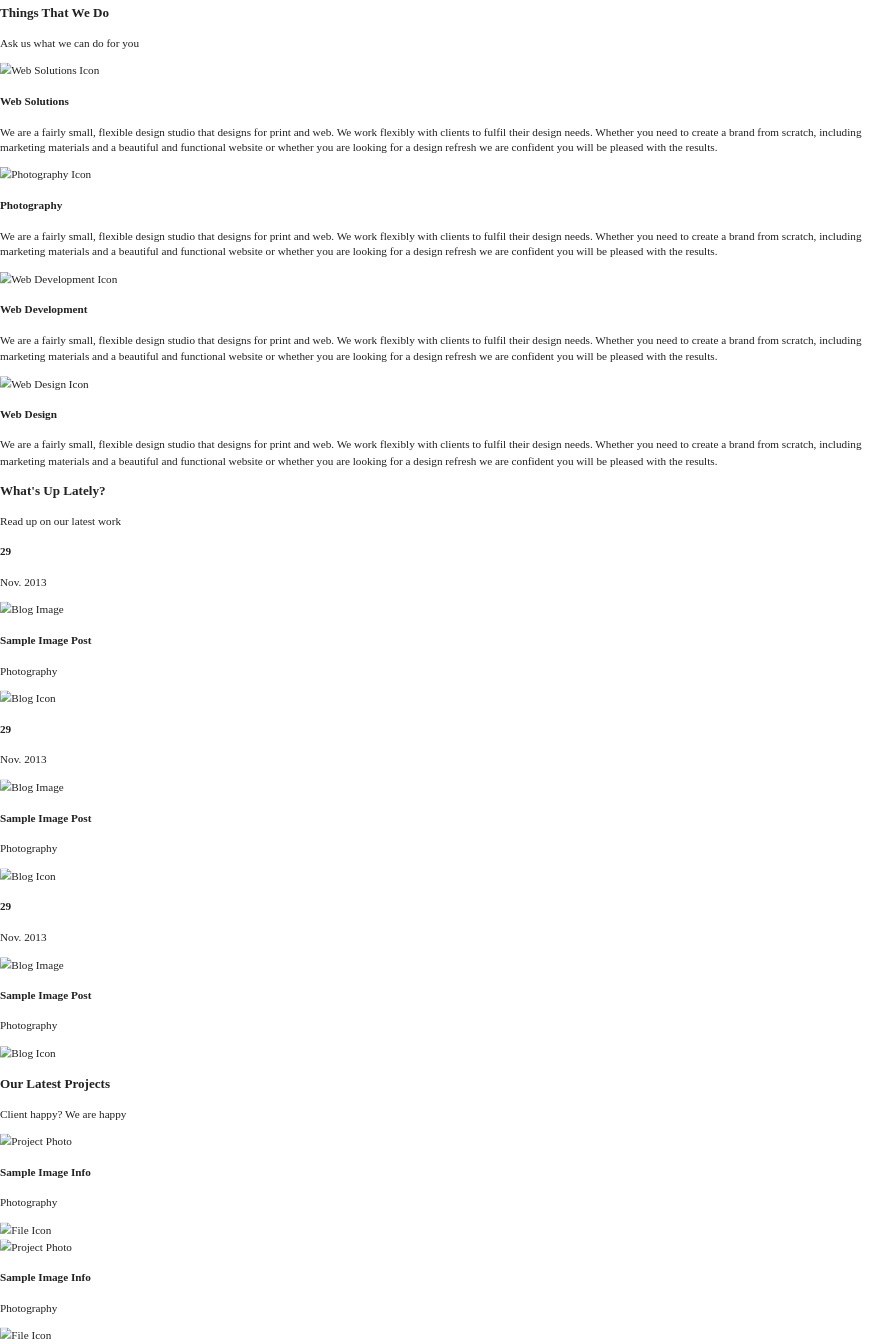
Repository: wilyyy/metrolics
Page: index.html
The author's editor kept a copy of each file at every save. The page is drawn from the files as they stood at one save, then again after the next save.
The browser window is 1280 px wide. The pictures show the part of the page from y = 891 to 2811 px (the page is 2811 px tall before and 2684 px after), at 70% of full size.

Above is the page before, as saved 2021-01-27 00:24:14.

### index.html
<!doctype html>
<html class="no-js" lang="">

<head>
  <meta charset="utf-8">
  <title>Home - Metrolics</title>
  <meta name="description" content="">
  <meta name="viewport" content="width=device-width, initial-scale=1">

  <meta property="og:title" content="">
  <meta property="og:type" content="">
  <meta property="og:url" content="">
  <meta property="og:image" content="">

  <link rel="manifest" href="site.webmanifest">
  <link rel="apple-touch-icon" href="icon.png">
  <!-- Place favicon.ico in the root directory -->

  <link rel="stylesheet" href="css/normalize.css">
  <link rel="stylesheet" href="css/main.css">

  <meta name="theme-color" content="#fafafa">
</head>

<body>

  <nav>
    <div class="logo">
      <h1 class="logo">Metrolics</h1>
      <img src="" alt="Metrolics Logo">
    </div>

    <div class="pages-container">
      <div class="page-button home">
        <img src="" alt="Page Icon" class="page-button-icon">
        <div>
          <p>Home</p>
        </div>
      </div>
      <div class="page-button pages">
        <img src="" alt="Page Icon" class="page-button-icon">
        <div>
          <p>Pages</p>
          <p>></p>
        </div>
      </div>
      <div class="page-button blog">
        <img src="" alt="Page Icon" class="page-button-icon">
        <div>
          <p>Blog</p>
          <p>></p>
        </div>
      </div>
      <div class="page-button portfolio">
        <img src="" alt="Page Icon" class="page-button-icon">
        <div>
          <p>Portfolio</p>
          <p>></p>
        </div>
      </div>
      <div class="page-button home-darkblue">
        <img src="" alt="Page Icon" class="page-button-icon">
        <div>
          <p>Home</p>
        </div>
      </div>
    </div>
  </nav>


  <header>
    <div class="column"></div>

    <div class="hero-image">
      <div class="arrow-containers">
        <div class="arrows">
          <img src="" alt="Left Arrow">
        </div>
        <div class="arrows">
          <img src="" alt="Right Arrow">
        </div>
      </div>
      <div class="header-info">
        <div class="header-info-container">
          <div class="header-info-indicator indicator-blue"></div>
          <h2>Metro Style</h2>
        </div>
        <div class="header-info-container">
          <div class="header-info-indicator indicator-salmon"></div>
          <h2>Retina Ready</h2>
        </div>
        <div class="header-info-container">
          <div class="header-info-indicator indicator-yellow"></div>
          <h2>Responsive Design</h2>
        </div>
      </div>
    </div>

    <div class="column"></div>
  </header>


  <main>
    <div>
      <h2>Hey guys! This is the Metrolics theme.
        It sports a responsive layout with a mobile layout.
      </h2>
    </div>

    <section>
      <div>
        <h3>Things That We Do</h3>
        <p>Ask us what we can do for you</p>
      </div>

      <div class="services-container">
        <div class="service">
          <img src="" alt="Web Solutions Icon">
          <h4>Web Solutions</h4>
          <p>We are a fairly small, flexible design studio that designs for print and web. We work flexibly
            with clients to fulfil their design needs. Whether you need to create a brand from scratch, including marketing materials and a beautiful and
            functional website or whether you are looking for a design refresh we are confident you will be pleased with the results.
          </p>
        </div>
      </div>

      <div class="services-container">
        <div class="service">
          <img src="" alt="Photography Icon">
          <h4>Photography</h4>
          <p>We are a fairly small, flexible design studio that designs for print and web. We work flexibly
            with clients to fulfil their design needs. Whether you need to create a brand from scratch, including marketing materials and a beautiful and
            functional website or whether you are looking for a design refresh we are confident you will be pleased with the results.
          </p>
        </div>
      </div>

      <div class="services-container">
        <div class="service">
          <img src="" alt="Web Development Icon">
          <h4>Web Development</h4>
          <p>We are a fairly small, flexible design studio that designs for print and web. We work flexibly
            with clients to fulfil their design needs. Whether you need to create a brand from scratch, including marketing materials and a beautiful and
            functional website or whether you are looking for a design refresh we are confident you will be pleased with the results.
          </p>
        </div>
      </div>

      <div class="services-container">
        <div class="service">
          <img src="" alt="Web Design Icon">
          <h4>Web Design</h4>
          <p>We are a fairly small, flexible design studio that designs for print and web. We work flexibly
            with clients to fulfil their design needs. Whether you need to create a brand from scratch, including marketing materials and a beautiful and
            functional website or whether you are looking for a design refresh we are confident you will be pleased with the results.
          </p>
        </div>
      </div>
    </section>

    <section>
      <div>
        <h3>What's Up Lately?</h3>
        <p>Read up on our latest work</p>
      </div>

      <div class="blog-container">
        <div class="blog">
          <div class="blog-image">
            <div class="blog-image-date">
              <h4>29</h4>
              <p>Nov. 2013</p>
            </div>
            <img src="" alt="Blog Image">
          </div>
          <div class="blog-image-info">
            <div>
              <h4>Sample Image Post</h4>
              <p>Photography</p>
            </div>
            <div class="blog-icon">
              <img src="" alt="Blog Icon">
            </div>
          </div>
        </div>
        <div class="blog">
          <div class="blog-image">
            <div class="blog-image-date">
              <h4>29</h4>
              <p>Nov. 2013</p>
            </div>
            <img src="" alt="Blog Image">
          </div>
          <div class="blog-image-info">
            <div>
              <h4>Sample Image Post</h4>
              <p>Photography</p>
            </div>
            <div class="blog-icon">
              <img src="" alt="Blog Icon">
            </div>
          </div>
        </div>
        <div class="blog">
          <div class="blog-image">
            <div class="blog-image-date">
              <h4>29</h4>
              <p>Nov. 2013</p>
            </div>
            <img src="" alt="Blog Image">
          </div>
          <div class="blog-image-info">
            <div>
              <h4>Sample Image Post</h4>
              <p>Photography</p>
            </div>
            <div class="blog-icon">
              <img src="" alt="Blog Icon">
            </div>
          </div>
        </div>
      </div>
    </section>

    <section>
      <div>
        <h3>Our Latest Projects</h3>
        <p>Client happy? We are happy</p>
      </div>

      <div class="project-photo">
        <img src="" alt="Project Photo">
        <div class="project-photo-hover">
          <div class="hover-info">
            <div>
              <h4>Sample Image Info</h4>
              <p>Photography</p>
            </div>
            <div class="info-icon">
              <img src="" alt="File Icon">
            </div>
          </div>
        </div>
      </div>

      <div class="project-photo">
        <img src="" alt="Project Photo">
        <div class="project-photo-hover">
          <div class="hover-info">
            <div>
              <h4>Sample Image Info</h4>
              <p>Photography</p>
            </div>
            <div class="info-icon">
              <img src="" alt="File Icon">
            </div>
          </div>
        </div>
      </div>

    </section>
  </main>


  <footer></footer>


  <script src="js/vendor/modernizr-3.11.2.min.js"></script>
  <script src="js/plugins.js"></script>
  <script src="js/main.js"></script>

  <!-- Google Analytics: change UA-XXXXX-Y to be your site's ID. -->
  <script>
    window.ga = function () { ga.q.push(arguments) }; ga.q = []; ga.l = +new Date;
    ga('create', 'UA-XXXXX-Y', 'auto'); ga('set', 'anonymizeIp', true); ga('set', 'transport', 'beacon'); ga('send', 'pageview')
  </script>
  <script src="https://www.google-analytics.com/analytics.js" async></script>
</body>

</html>

### css/main.css
/*! HTML5 Boilerplate v8.0.0 | MIT License | https://html5boilerplate.com/ */

/* main.css 2.1.0 | MIT License | https://github.com/h5bp/main.css#readme */
/*
 * What follows is the result of much research on cross-browser styling.
 * Credit left inline and big thanks to Nicolas Gallagher, Jonathan Neal,
 * Kroc Camen, and the H5BP dev community and team.
 */

/* ==========================================================================
   Base styles: opinionated defaults
   ========================================================================== */

html {
  color: #222;
  font-size: 1em;
  line-height: 1.4;
}

/*
 * Remove text-shadow in selection highlight:
 * https://twitter.com/miketaylr/status/12228805301
 *
 * Vendor-prefixed and regular ::selection selectors cannot be combined:
 * https://stackoverflow.com/a/16982510/7133471
 *
 * Customize the background color to match your design.
 */

::-moz-selection {
  background: #b3d4fc;
  text-shadow: none;
}

::selection {
  background: #b3d4fc;
  text-shadow: none;
}

/*
 * A better looking default horizontal rule
 */

hr {
  display: block;
  height: 1px;
  border: 0;
  border-top: 1px solid #ccc;
  margin: 1em 0;
  padding: 0;
}

/*
 * Remove the gap between audio, canvas, iframes,
 * images, videos and the bottom of their containers:
 * https://github.com/h5bp/html5-boilerplate/issues/440
 */

audio,
canvas,
iframe,
img,
svg,
video {
  vertical-align: middle;
}

/*
 * Remove default fieldset styles.
 */

fieldset {
  border: 0;
  margin: 0;
  padding: 0;
}

/*
 * Allow only vertical resizing of textareas.
 */

textarea {
  resize: vertical;
}

/* ==========================================================================
   Author's custom styles
   ========================================================================== */

/* ==========================================================================
   Helper classes
   ========================================================================== */

/*
 * Hide visually and from screen readers
 */

.hidden,
[hidden] {
  display: none !important;
}

/*
 * Hide only visually, but have it available for screen readers:
 * https://snook.ca/archives/html_and_css/hiding-content-for-accessibility
 *
 * 1. For long content, line feeds are not interpreted as spaces and small width
 *    causes content to wrap 1 word per line:
 *    https://medium.com/@jessebeach/beware-smushed-off-screen-accessible-text-5952a4c2cbfe
 */

.sr-only {
  border: 0;
  clip: rect(0, 0, 0, 0);
  height: 1px;
  margin: -1px;
  overflow: hidden;
  padding: 0;
  position: absolute;
  white-space: nowrap;
  width: 1px;
  /* 1 */
}

/*
 * Extends the .sr-only class to allow the element
 * to be focusable when navigated to via the keyboard:
 * https://www.drupal.org/node/897638
 */

.sr-only.focusable:active,
.sr-only.focusable:focus {
  clip: auto;
  height: auto;
  margin: 0;
  overflow: visible;
  position: static;
  white-space: inherit;
  width: auto;
}

/*
 * Hide visually and from screen readers, but maintain layout
 */

.invisible {
  visibility: hidden;
}

/*
 * Clearfix: contain floats
 *
 * For modern browsers
 * 1. The space content is one way to avoid an Opera bug when the
 *    `contenteditable` attribute is included anywhere else in the document.
 *    Otherwise it causes space to appear at the top and bottom of elements
 *    that receive the `clearfix` class.
 * 2. The use of `table` rather than `block` is only necessary if using
 *    `:before` to contain the top-margins of child elements.
 */

.clearfix::before,
.clearfix::after {
  content: " ";
  display: table;
}

.clearfix::after {
  clear: both;
}

/* ==========================================================================
   EXAMPLE Media Queries for Responsive Design.
   These examples override the primary ('mobile first') styles.
   Modify as content requires.
   ========================================================================== */

@media only screen and (min-width: 35em) {
  /* Style adjustments for viewports that meet the condition */
}

@media print,
  (-webkit-min-device-pixel-ratio: 1.25),
  (min-resolution: 1.25dppx),
  (min-resolution: 120dpi) {
  /* Style adjustments for high resolution devices */
}

/* ==========================================================================
   Print styles.
   Inlined to avoid the additional HTTP request:
   https://www.phpied.com/delay-loading-your-print-css/
   ========================================================================== */

@media print {
  *,
  *::before,
  *::after {
    background: #fff !important;
    color: #000 !important;
    /* Black prints faster */
    box-shadow: none !important;
    text-shadow: none !important;
  }

  a,
  a:visited {
    text-decoration: underline;
  }

  a[href]::after {
    content: " (" attr(href) ")";
  }

  abbr[title]::after {
    content: " (" attr(title) ")";
  }

  /*
   * Don't show links that are fragment identifiers,
   * or use the `javascript:` pseudo protocol
   */
  a[href^="#"]::after,
  a[href^="javascript:"]::after {
    content: "";
  }

  pre {
    white-space: pre-wrap !important;
  }

  pre,
  blockquote {
    border: 1px solid #999;
    page-break-inside: avoid;
  }

  /*
   * Printing Tables:
   * https://web.archive.org/web/20180815150934/http://css-discuss.incutio.com/wiki/Printing_Tables
   */
  thead {
    display: table-header-group;
  }

  tr,
  img {
    page-break-inside: avoid;
  }

  p,
  h2,
  h3 {
    orphans: 3;
    widows: 3;
  }

  h2,
  h3 {
    page-break-after: avoid;
  }
}

### js/plugins.js
// Avoid `console` errors in browsers that lack a console.
(function() {
  var method;
  var noop = function () {};
  var methods = [
    'assert', 'clear', 'count', 'debug', 'dir', 'dirxml', 'error',
    'exception', 'group', 'groupCollapsed', 'groupEnd', 'info', 'log',
    'markTimeline', 'profile', 'profileEnd', 'table', 'time', 'timeEnd',
    'timeline', 'timelineEnd', 'timeStamp', 'trace', 'warn'
  ];
  var length = methods.length;
  var console = (window.console = window.console || {});

  while (length--) {
    method = methods[length];

    // Only stub undefined methods.
    if (!console[method]) {
      console[method] = noop;
    }
  }
}());

// Place any jQuery/helper plugins in here.

Loaded but not shown: css/normalize.css (library); js/vendor/modernizr-3.11.2.min.js (library); js/main.js (no stored copy; drawn as an empty file)

After the next save:
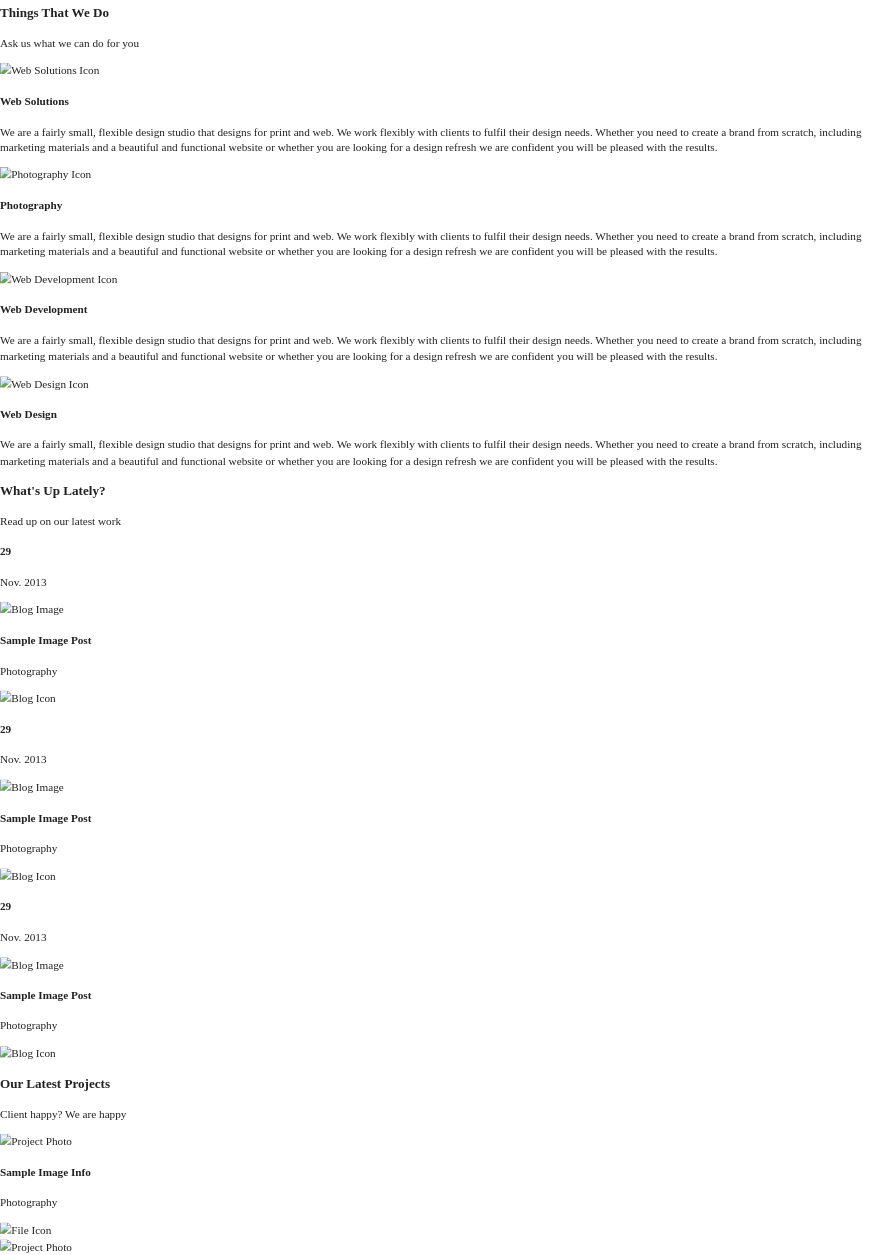
Saved 2 min 13 s later.
--- a/index.html
+++ b/index.html
@@ -245,17 +245,6 @@
 
       <div class="project-photo">
         <img src="" alt="Project Photo">
-        <div class="project-photo-hover">
-          <div class="hover-info">
-            <div>
-              <h4>Sample Image Info</h4>
-              <p>Photography</p>
-            </div>
-            <div class="info-icon">
-              <img src="" alt="File Icon">
-            </div>
-          </div>
-        </div>
       </div>
 
     </section>
